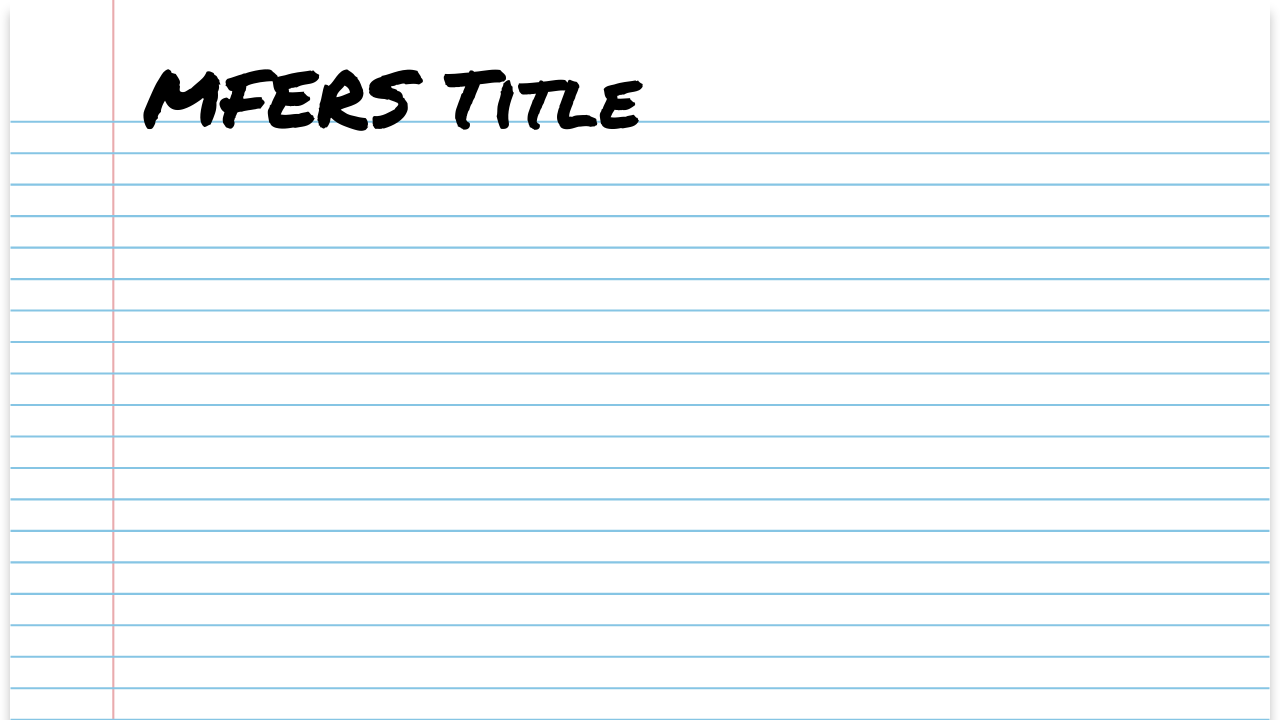
Repository: danishmahmoodawan/mfers
Page: /
These files come from the project's save history. The page is drawn as it stood at one moment and after a run of saves; the edit follows.
The browser window is 1280 px wide. The pictures show the whole page.
The project was rebuilt for these pictures with package versions that can differ from the ones it lists, and the page was loaded fresh each time.

Above is the page before, as saved 2022-04-05 21:44:40.

### public/index.html
<!DOCTYPE html>
<html lang="en">
  <head>
    <meta charset="utf-8" />
    <meta name="viewport" content="width=device-width, initial-scale=1" />
    <link rel="stylesheet" href="https://cdnjs.cloudflare.com/ajax/libs/twitter-bootstrap/4.6.0/css/bootstrap.min.css">
	<link rel="stylesheet" href="https://cdnjs.cloudflare.com/ajax/libs/font-awesome/5.15.4/css/all.min.css">
	<link rel="stylesheet" href="assets/css/style.css">
	<title>Mfers</title>
  </head>
  <body>
    <noscript>You need to enable JavaScript to run this app.</noscript>
    <div id="root"></div>
	<script src="https://cdnjs.cloudflare.com/ajax/libs/jquery/3.5.1/jquery.slim.min.js"></script>
	<script src="https://cdnjs.cloudflare.com/ajax/libs/popper.js/1.16.1/umd/popper.min.js"></script>
	<script src="https://cdnjs.cloudflare.com/ajax/libs/twitter-bootstrap/4.6.0/js/bootstrap.min.js"></script>
  </body>
</html>

### src/pages/Home.js

import { useState, useEffect } from 'react';
function Home() {

  return (
   <>
	<section class="first_section">
	<div class="container">
		<div class="row mt-5 mb-5">
			<div class="col-12 text-left">
					<h1>MFERS Title</h1>
				</div>
				</div>
				</div>

</section>
<section>

    </section>
   	</>
  );
}

export default Home;

### public/assets/css/style.css

@font-face {
    font-family: 'Permanent-Marker';
    src: url('../fonts/PermanentMarker-Regular.ttf');
}
body{
    background: white;
    background-image: url('../images/bg-web.svg');
    background-repeat: no-repeat;
    background-size: cover;
}
h1{
    font-family: 'Permanent-Marker';
    font-size: 80px;
    color: #000;
}
@media screen and (max-width: 1220px) and (min-width: 992px) {
    .col_img img, .box_image img{
        width: 300px !important;
    }

}
@media only screen and (min-width: 1220px) {
.container{
margin-left: 10%;
margin-right: 10%;
}
}
@media screen and (max-width: 1200px) and (min-width: 993px) {

h1{
    font-size: 46px;
}
}
@media screen and (max-width: 1499px) and (min-width: 1200px) {

h1{
    font-size: 80px;
}
}

@media only screen and (max-width: 1024px) and (min-width: 768px) {
}
  @media only screen and (max-width: 767px) {
    h1{
        font-size: 30px;
    }

}

Loaded but not shown: src/index.js (common file); src/index.css (common file); src/App.js (common file); src/reportWebVitals.js (common file)

After the next 2 saves:
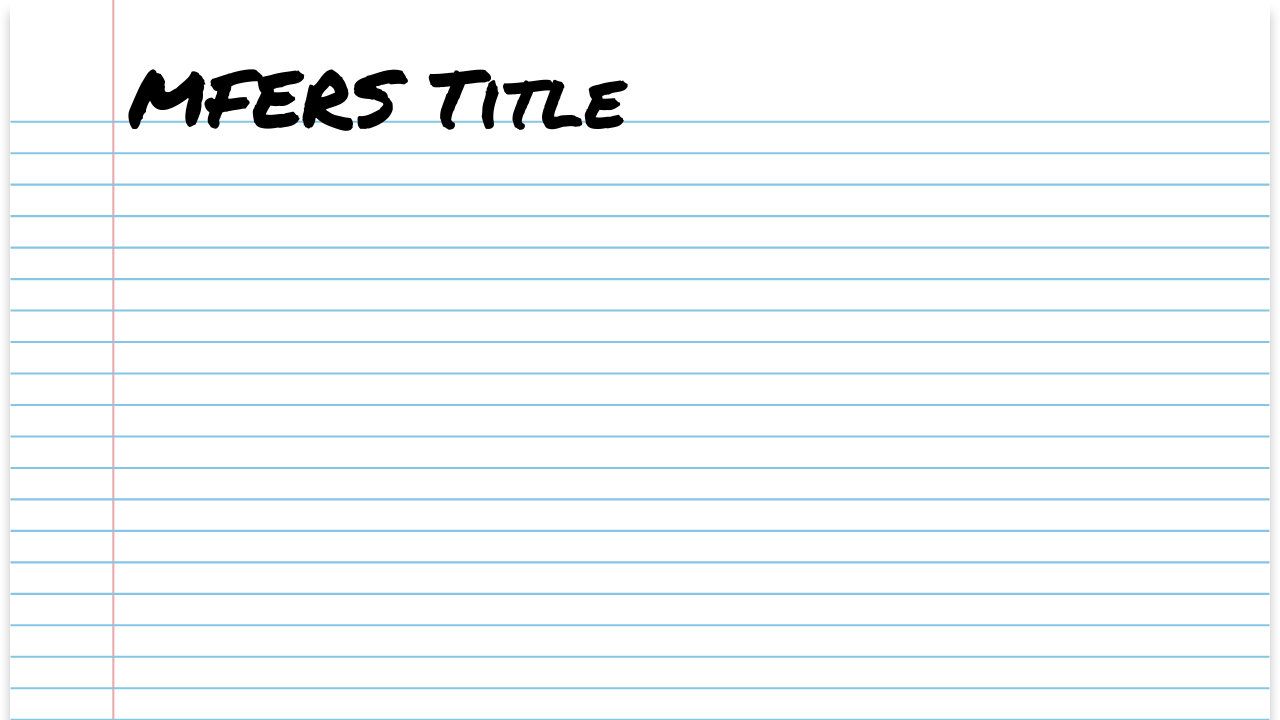
The 2 saves are shown as one change because they came seconds apart.
The last was saved 12 s later.
--- a/src/pages/Home.js
+++ b/src/pages/Home.js
@@ -7,7 +7,7 @@
 	<section class="first_section">
 	<div class="container">
 		<div class="row mt-5 mb-5">
-			<div class="col-12 text-left">
+			<div class="col-sm- text-left">
 					<h1>MFERS Title</h1>
 				</div>
 				</div>

After the 3 saves that followed:
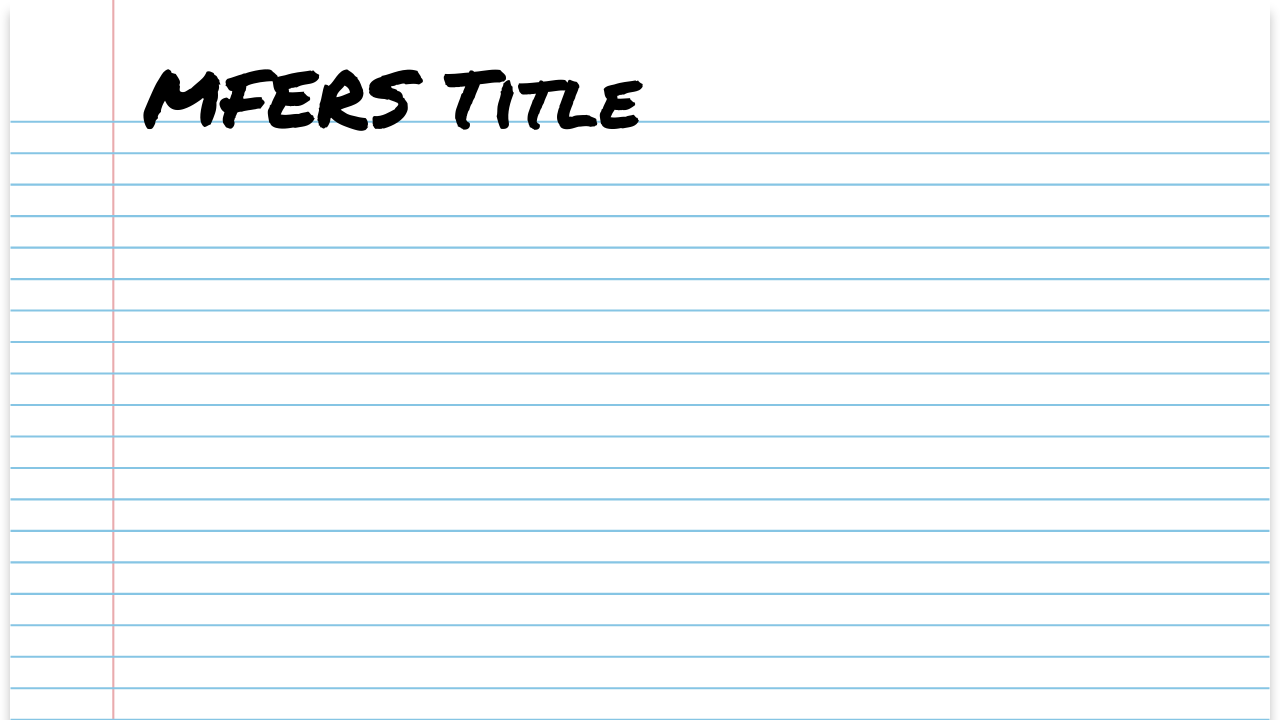
The 3 saves are shown as one change because they came seconds apart.
The last was saved 15 s later.
--- a/src/pages/Home.js
+++ b/src/pages/Home.js
@@ -7,7 +7,7 @@
 	<section class="first_section">
 	<div class="container">
 		<div class="row mt-5 mb-5">
-			<div class="col-sm- text-left">
+			<div class="col-sm-12 col-md-6 col-lg-8 text-left">
 					<h1>MFERS Title</h1>
 				</div>
 				</div>
